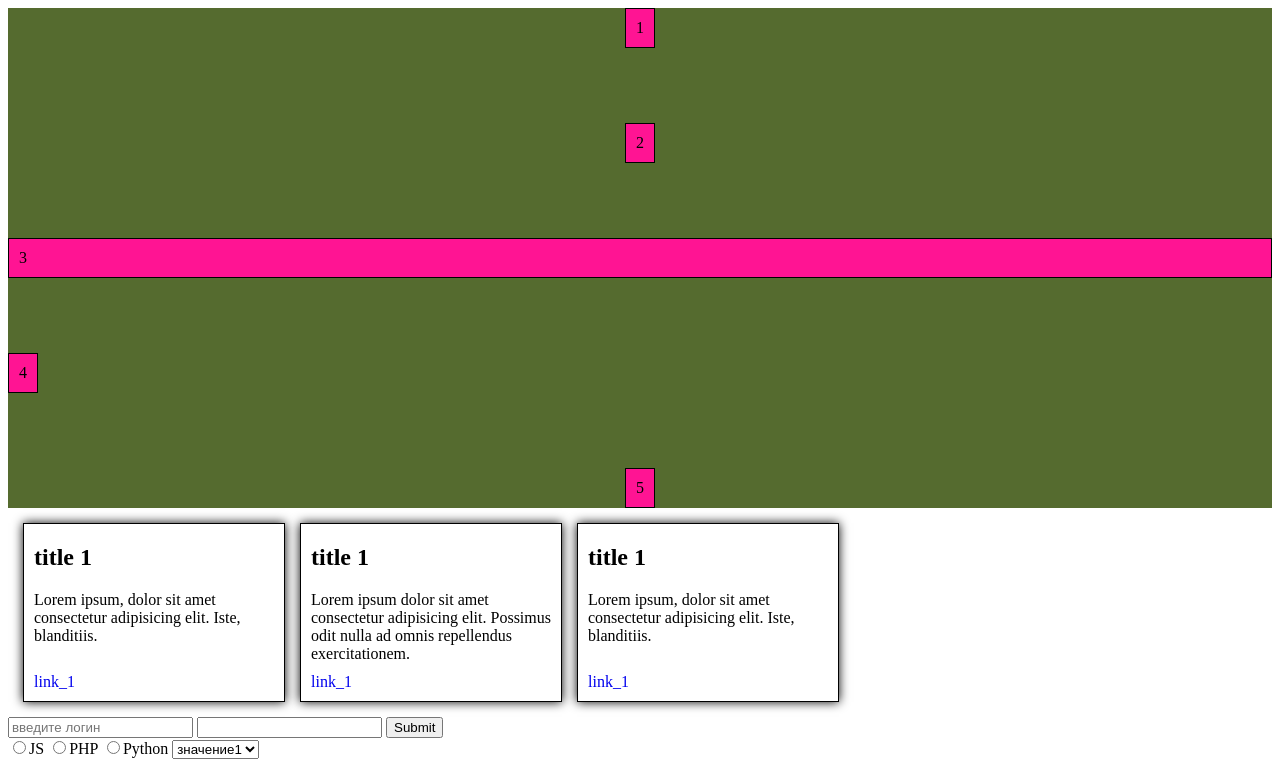
Repository: RustamNazarov98/demo
Page: index.html
An editor plug-in stored every save of this project. The page is shown before and after the next save, followed by the edit.
The browser window is 1280 px wide. The pictures show the whole page.

Above is the page before, as saved 2022-04-07 23:29:02.

After the next save:
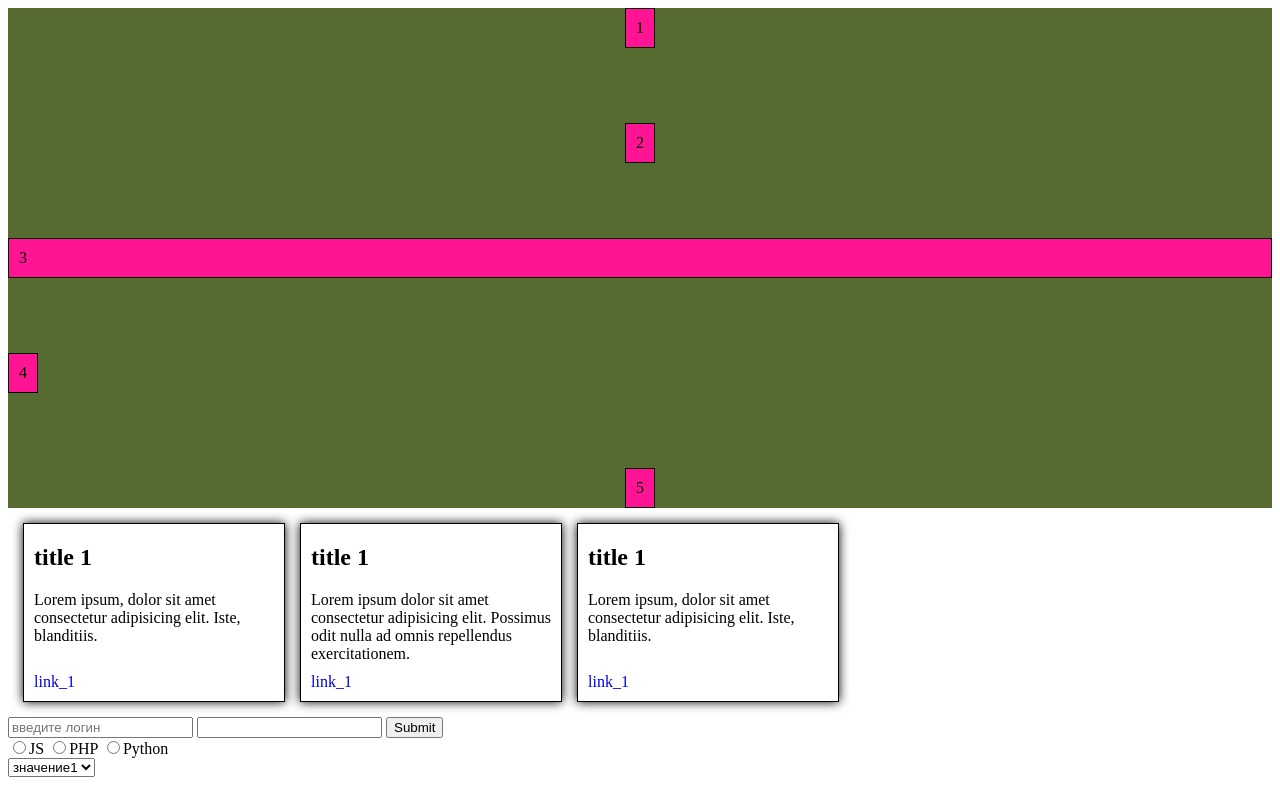
Saved 35 s later.
--- a/index.html
+++ b/index.html
@@ -46,7 +46,7 @@
 
     <label for="js"><input id="js" type="radio" name="option" value="js">JS</label>
     <label for="php"><input id="php" type="radio" name="option" value="php">PHP</label>
-    <label for="python"><input id="python" type="radio" name="option" value="python">Python</label>
+    <label for="python"><input id="python" type="radio" name="option" value="python">Python</label><br>
     <!-- если инпут обернуть в label и через атрибут for обратится по id input-a то при клике на
          сам текст будет выделяться тот инпут который нужен,
     а если без label то придется наводить мышь на сам кружечек а текст не будет реагировать -->
